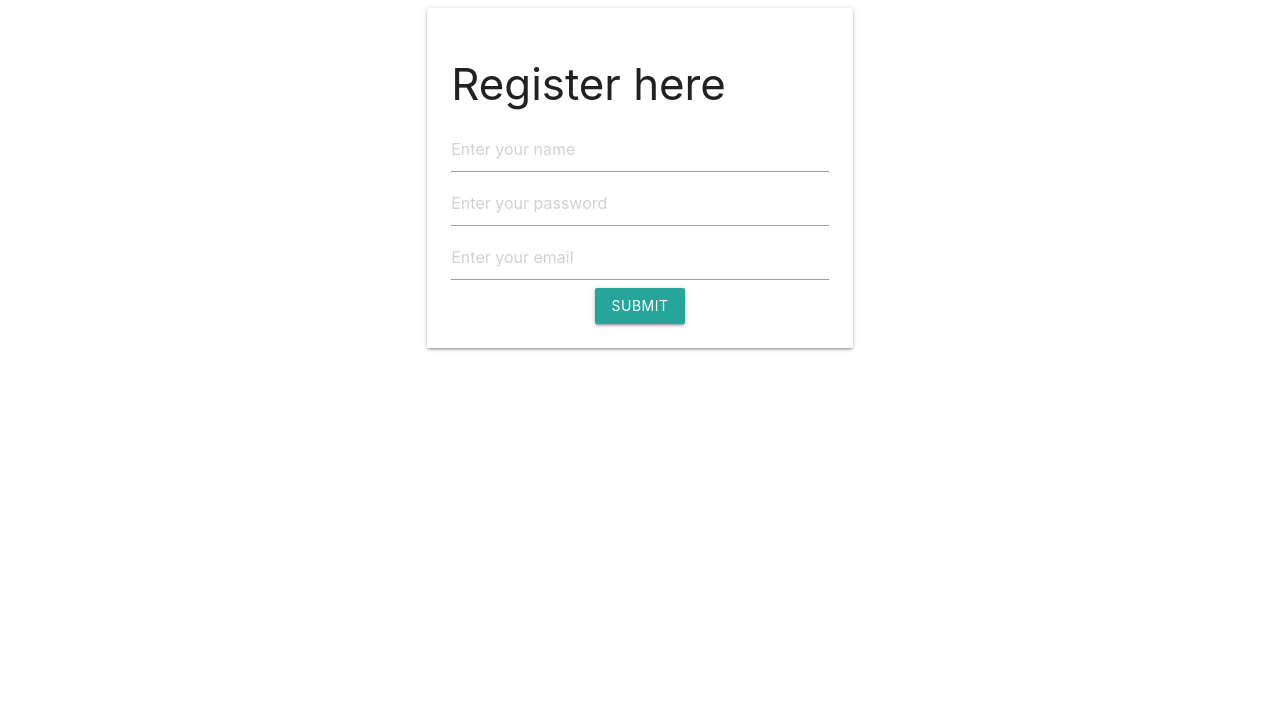
Repository: Attishgawali/JavaServletAndJSP
Page: http://localhost/Register/signup.jsp
These files come from the project's save history. The page is drawn as it stood at one moment and after the next save; the edit follows.
The browser window is 1280 px wide. The pictures show the whole page.
The page is served by Tomcat 9.

Above is the page before, as saved 2023-07-06 11:28:33.

### Register/src/main/webapp/signup.jsp
<%@ page language="java" contentType="text/html; charset=UTF-8"
	pageEncoding="UTF-8"%>
<!DOCTYPE html>
<html>
<head>
<meta charset="UTF-8">
<title>Insert title here</title>
<!-- Compiled and minified CSS -->
<link rel="stylesheet"
	href="https://cdnjs.cloudflare.com/ajax/libs/materialize/1.0.0/css/materialize.min.css">

<!-- Compiled and minified JavaScript -->
<script
	src="https://cdnjs.cloudflare.com/ajax/libs/materialize/1.0.0/js/materialize.min.js"></script>
</head>
<body>
	<div class="container">
		<div class="row">
			<div class="col m6 offset-m3">
				<div class="card">
					<div class="card-content">
						<h3>Register here</h3>
						<div class="form center-align">
							<form action="register" method="post">
								<input type="text" name="username" placeholder="Enter your name">
								<input type="password" name="userpassword" placeholder="Enter your password">
								<input type="email" name="useremail" placeholder="Enter your email">

								<button type="submit" class="btn">Submit</button>
							</form>
						</div>

						<div class="loader">

						</div>
					</div>
				</div>
			</div>
		</div>
	</div>
</body>
</html>

After the next save:
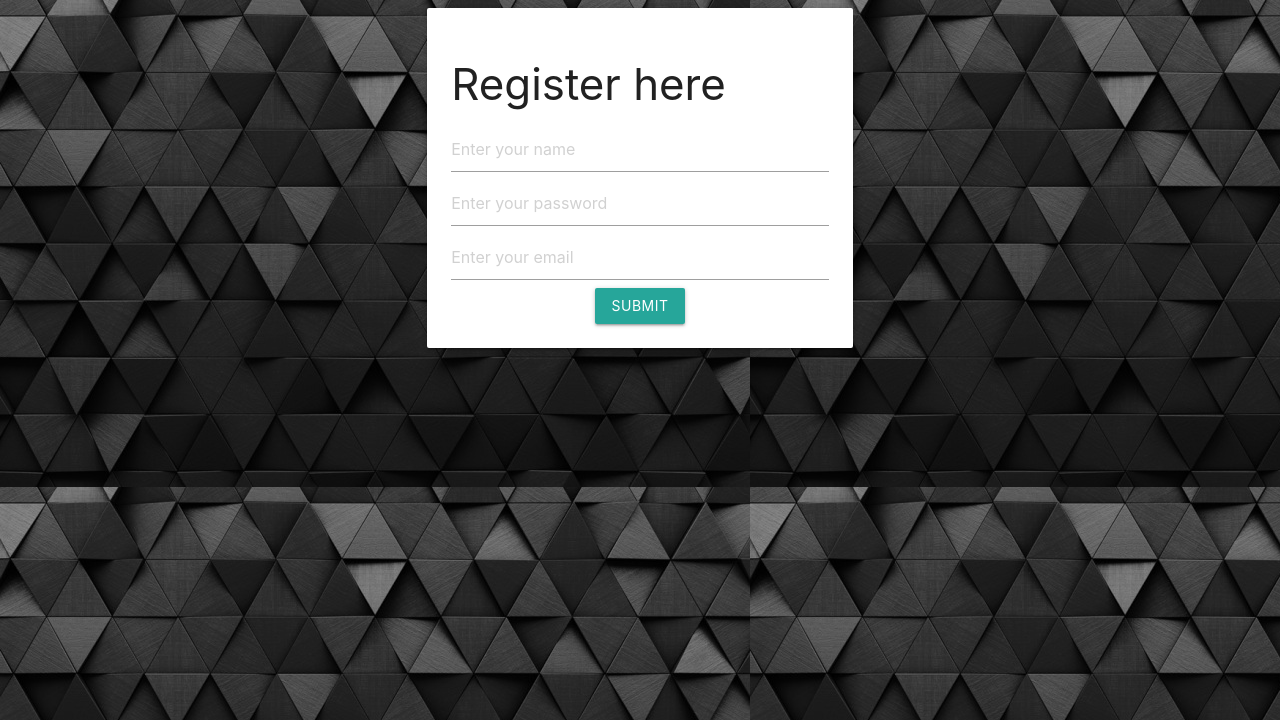
Saved 5 min 17 s later.
--- a/Register/src/main/webapp/signup.jsp
+++ b/Register/src/main/webapp/signup.jsp
@@ -13,7 +13,7 @@
 <script
 	src="https://cdnjs.cloudflare.com/ajax/libs/materialize/1.0.0/js/materialize.min.js"></script>
 </head>
-<body>
+<body style="background: url(image/shutterstock.jpg);background-size;background-attachment: fixed">
 	<div class="container">
 		<div class="row">
 			<div class="col m6 offset-m3">
